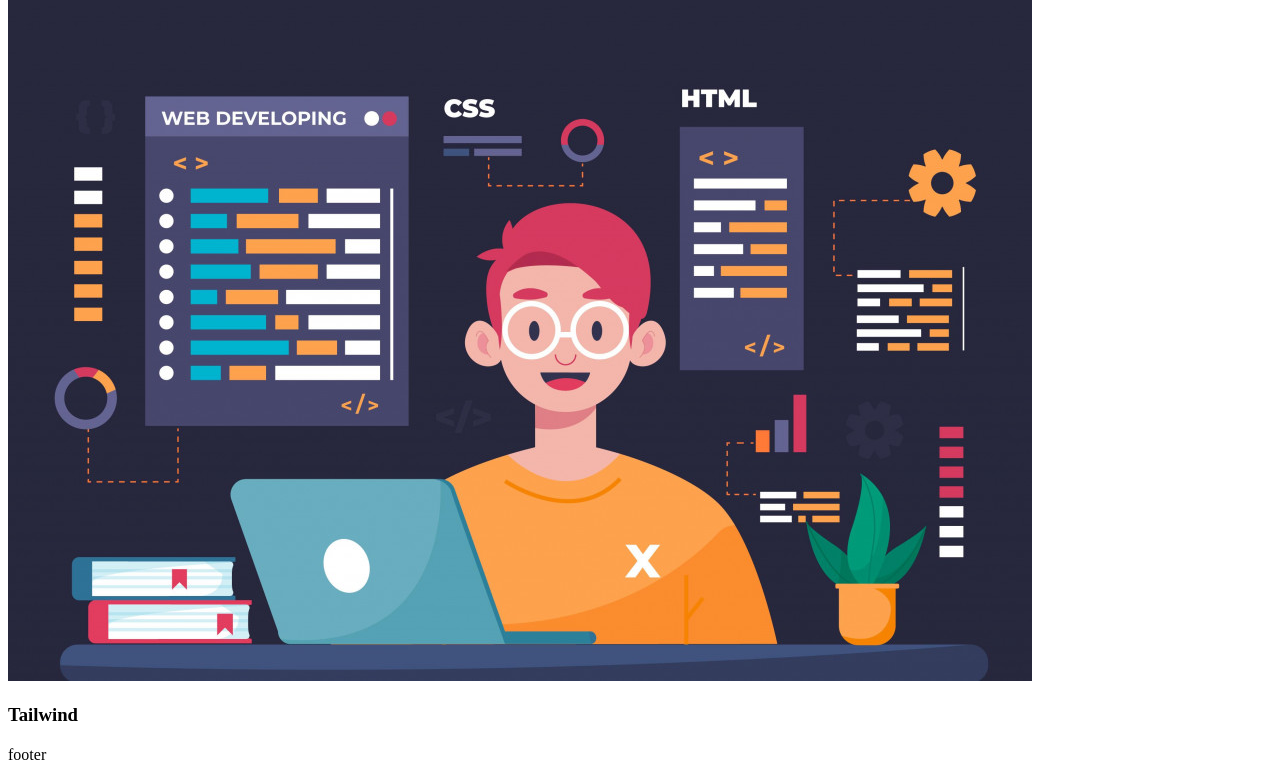
Repository: pedro-donoso/curso-tailwind
Page: index.html
These files come from the project's save history. The page is drawn as it stood at one moment and after the next save; the edit follows.
The browser window is 1280 px wide. The pictures show the part of the page from y = 1644 to 2463 px (the page is 2416 px tall before and 2463 px after).
A picture or video elsewhere on the page could not be fetched, so the positions and the page height are approximate.

Above is the page before, as saved 2024-01-23 13:02:44.

After the next save:
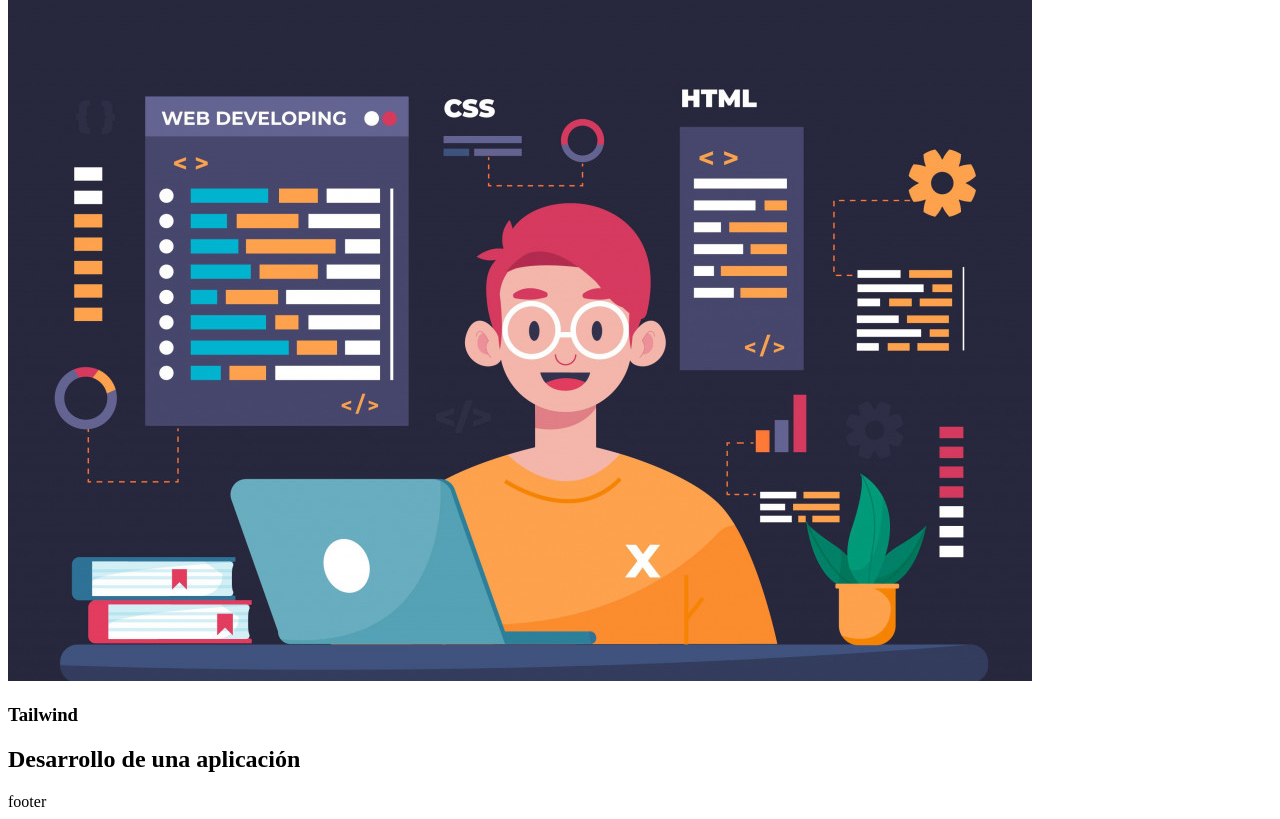
Saved 11 s later.
--- a/index.html
+++ b/index.html
@@ -94,7 +94,7 @@
             <div><img src="/public/img/imagen1.jpg" alt=""></div>
             <div>
                 <h3>Tailwind</h3>
-                <h2></h2>
+                <h2>Desarrollo de una aplicación </h2>
             </div>
             <div>footer</div>
         </article>
